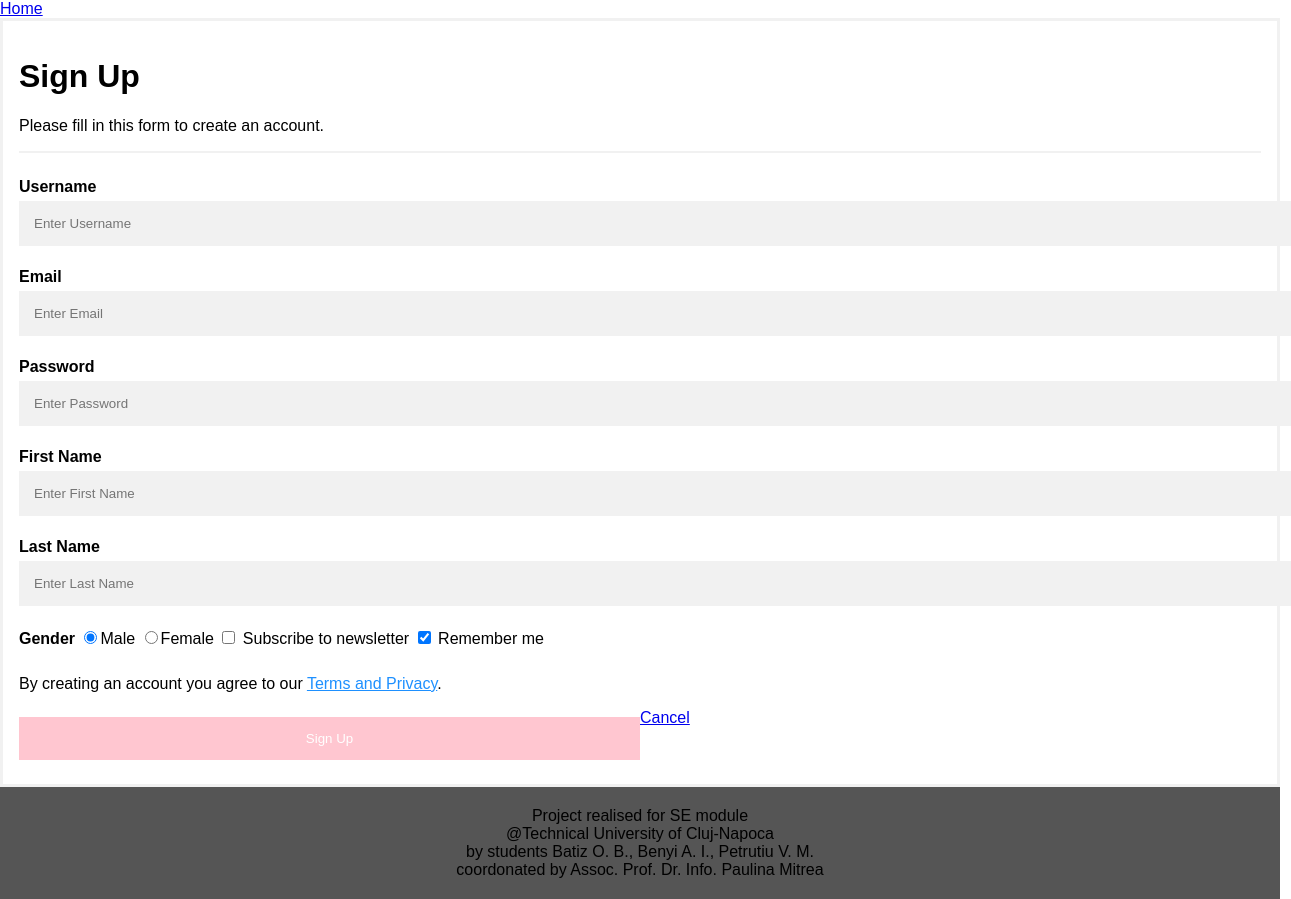
Repository: orsi-batiz/SEwithJSP
Page: http://localhost/OnlineWarehouse/createAccount.jsp
These files come from the project's save history. The page is drawn as it stood at one moment and after the next save; the edit follows.
The browser window is 1280 px wide. The page is 1291 px wide, so the pictures cover 1291 px, including what lies to the right of the window. The pictures show the whole page.
The page is served by Tomcat 9.

Above is the page before, as saved 2019-01-16 21:55:03.

After the next save:
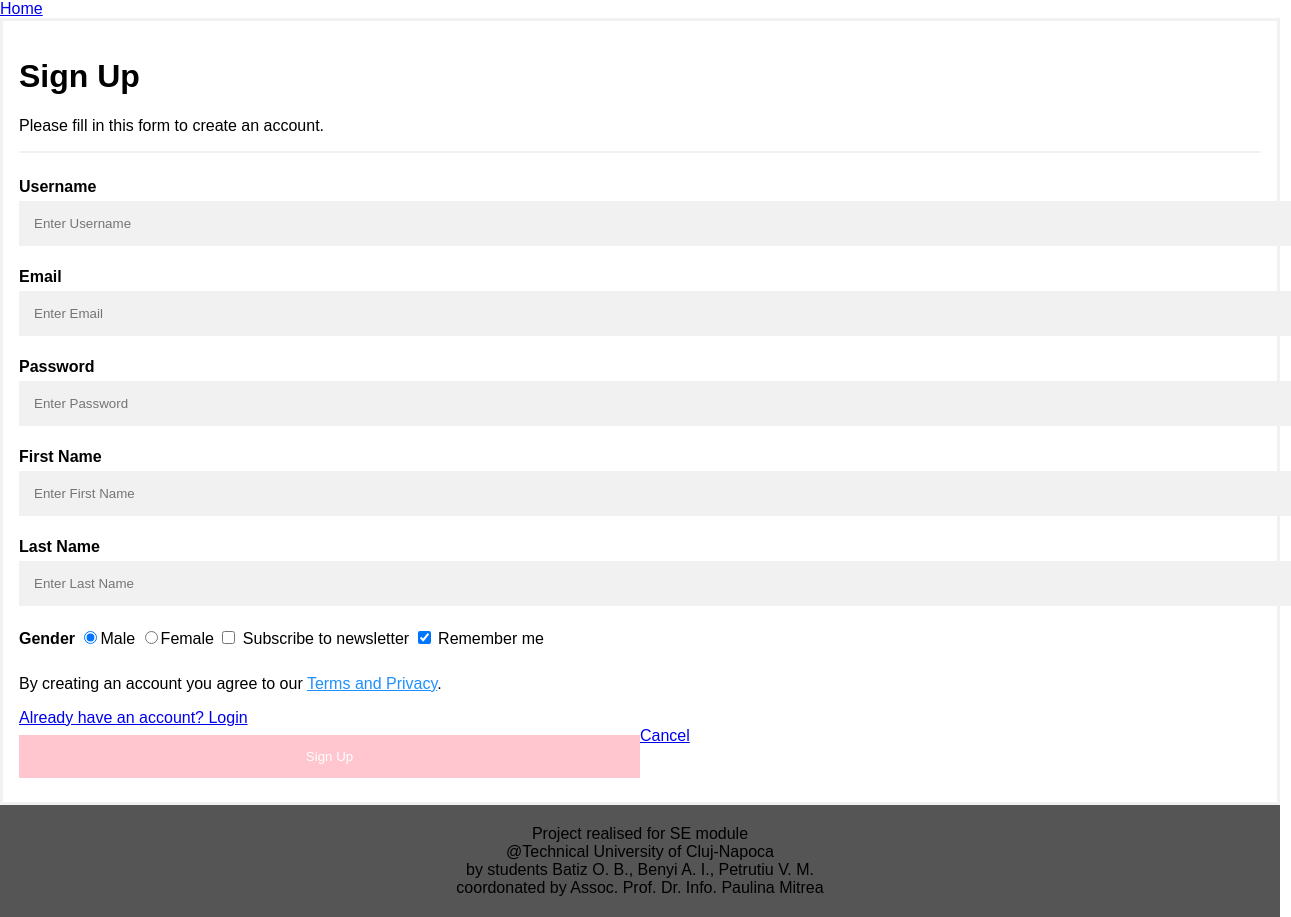
Saved 43 s later.
--- a/OnlineWarehouse/OnlineWarehouse/WebContent/createAccount.jsp
+++ b/OnlineWarehouse/OnlineWarehouse/WebContent/createAccount.jsp
@@ -122,6 +122,8 @@ button:hover {
 
     <p>By creating an account you agree to our <a href="#" style="color:dodgerblue">Terms and Privacy</a>.</p>
 
+	<a href="login.jsp">Already have an account? Login</a>
+
     <div class="clearfix">
       <a href="index.jsp">Cancel</a>
       <button type="submit" class="signupbtn" value="Create">Sign Up</button>
